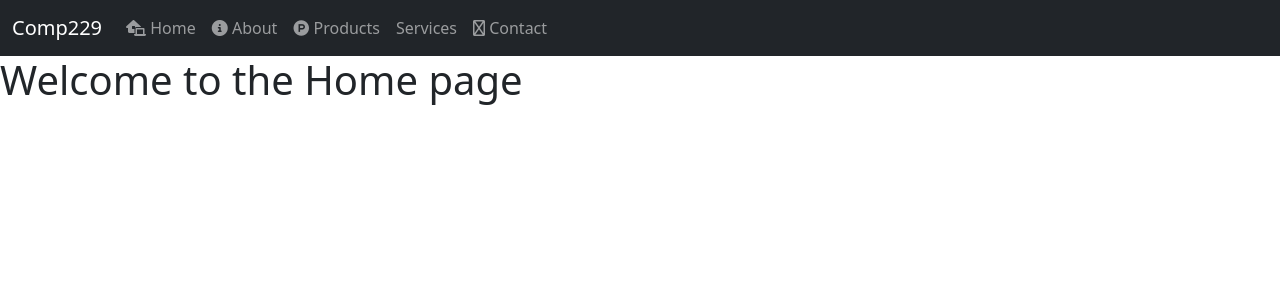
Repository: nhoque7/week3t.2
Page: http://localhost/
These files come from the project's save history. The page is drawn as it stood at one moment and after the next save; the edit follows.
The browser window is 1280 px wide. The pictures show the whole page.
The page is served by the project's Node server (server.js).

Above is the page before, as saved 2022-10-13 16:38:50.

After the next save:
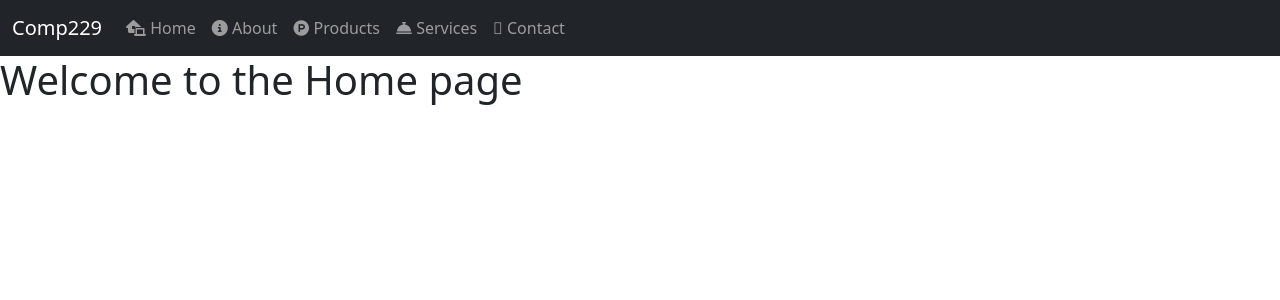
Saved 101 s later.
--- a/views/index.ejs
+++ b/views/index.ejs
@@ -36,11 +36,11 @@
           </li>
 
           <li class="nav-item">
-            <a class="nav-link" aria-current="page" href="/services">Services</a>
+            <a class="nav-link" aria-current="page" href="/services"><i class="fa-sharp fa-solid fa-bell-concierge"></i> Services</a>
           </li>
 
           <li class="nav-item">
-            <a class="nav-link" aria-current="page" href="/contact"><i class="fa-regular fa-phone"></i> Contact</a>
+            <a class="nav-link" aria-current="page" href="/contact"><i class="fa-duotone fa-mobile"></i> Contact</a>
           </li>
 
       </div>
